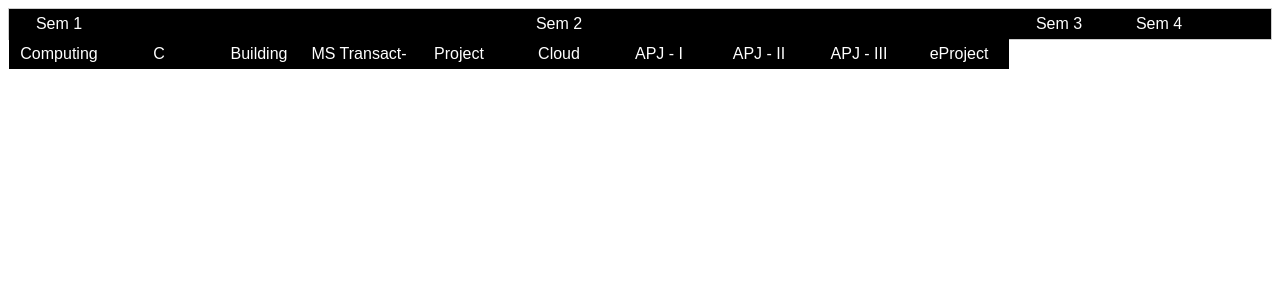
Repository: congle98/CSS_MenuNgangCoBan
Page: index.html
These files come from the project's save history. The page is drawn as it stood at one moment and after the next save; the edit follows.
The browser window is 1280 px wide. The pictures show the whole page.

Above is the page before, as saved 2021-05-26 14:52:58.

After the next save:
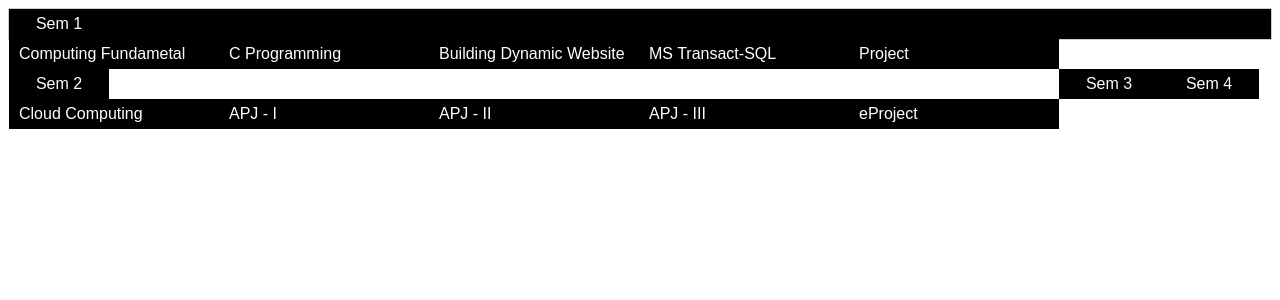
Saved 13 s later.
--- a/style.css
+++ b/style.css
@@ -31,3 +31,9 @@ body{
     background-color: black;
     color: white;
 }
+#menu ul ul li a {
+    width: 200px;
+    text-align: left;
+    padding-left: 10px;
+
+}
